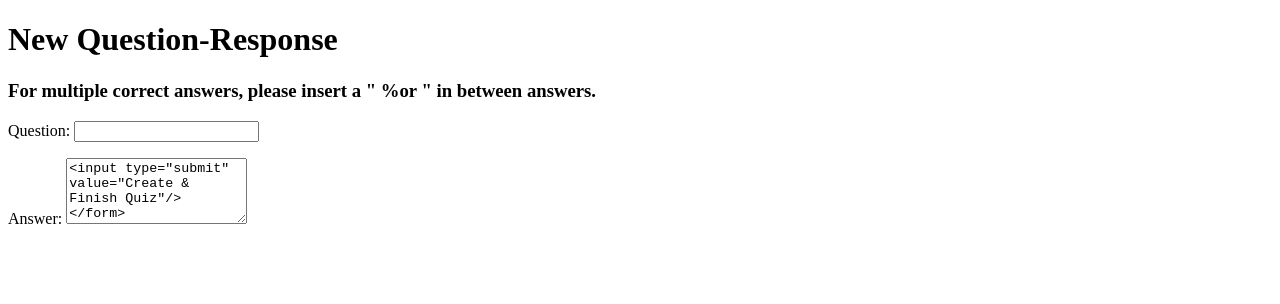
Repository: sarahhtn/CS108_final_project
Page: QuizWebsite/WebContent/CreateQR.html
An editor plug-in stored every save of this project. The page is shown before and after the next save, followed by the edit.
The browser window is 1280 px wide. The pictures show the whole page.

Above is the page before, as saved 2013-11-16 21:36:15.

### QuizWebsite/WebContent/CreateQR.html
<!DOCTYPE html PUBLIC "-//W3C//DTD HTML 4.01 Transitional//EN" "http://www.w3.org/TR/html4/loose.dtd">
<html>
<head>
<meta http-equiv="Content-Type" content="text/html; charset=UTF-8">
<title>Create a New Question-Response</title>
</head>
<body>
<h1>New Question-Response</h1>
<h3>For multiple correct answers, please insert a " %or " in between answers.</h3>

<form action="QRServlet" method="post">
<p>Question: <input type="text" name="question" /></p>
<p>Answer: <textarea rows = "4" cols = "20" name="answer></textarea> /p>
<input type="submit" value="Create & Continue"/>
<input type="submit" value="Create & Finish Quiz"/>
</form>

</body>
</html>

After the next save:
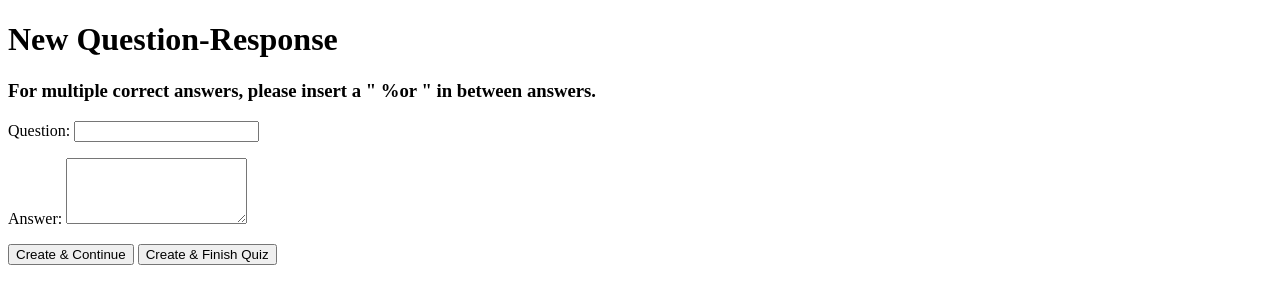
Saved 15 s later.
--- a/QuizWebsite/WebContent/CreateQR.html
+++ b/QuizWebsite/WebContent/CreateQR.html
@@ -10,7 +10,7 @@
 
 <form action="QRServlet" method="post">
 <p>Question: <input type="text" name="question" /></p>
-<p>Answer: <textarea rows = "4" cols = "20" name="answer></textarea> /p>
+<p>Answer: <textarea rows = "4" cols = "20" name="answer"></textarea> </p>
 <input type="submit" value="Create & Continue"/>
 <input type="submit" value="Create & Finish Quiz"/>
 </form>
